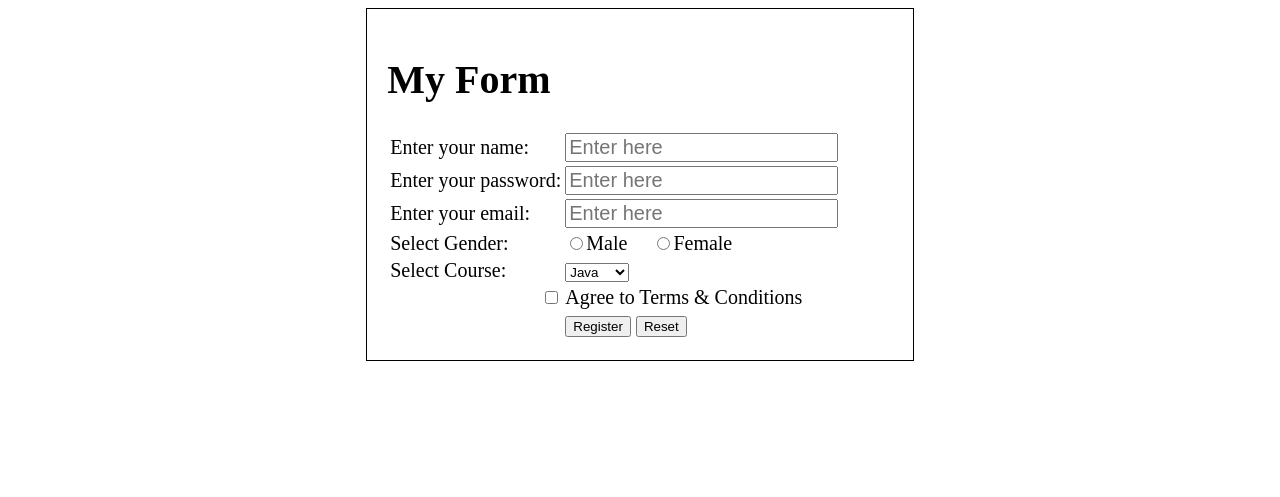
Repository: riddhiwho/Eclipse-Projects
Page: PracticeForm/src/main/webapp/index.html
The author's editor kept a copy of each file at every save. The page is drawn from the files as they stood at one save, then again after the next save.
The browser window is 1280 px wide. The pictures show the whole page.

Above is the page before, as saved 2021-06-03 10:26:26.

After the next save:
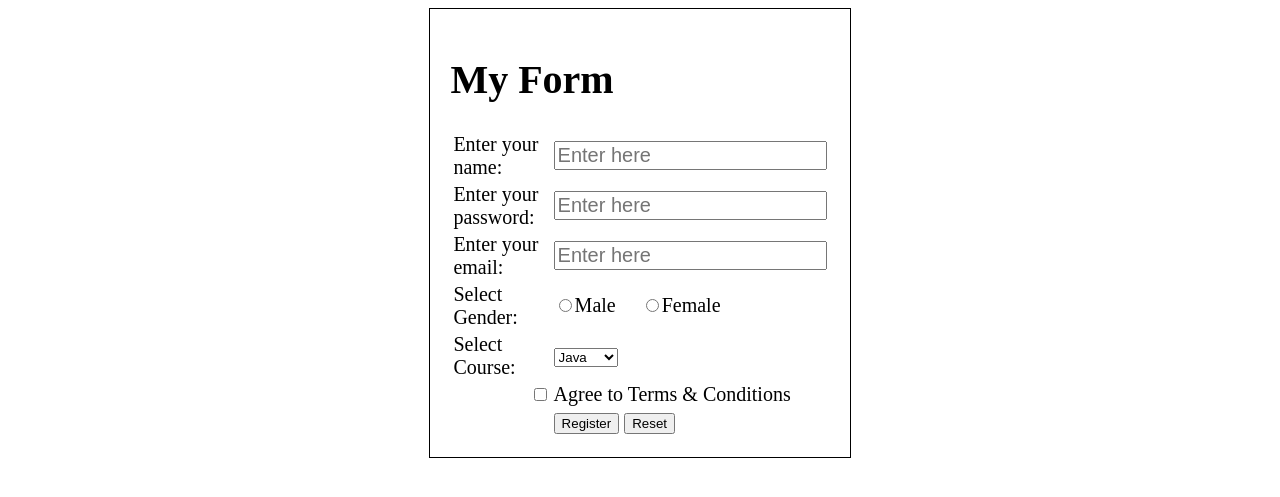
Saved 33 s later.
--- a/PracticeForm/src/main/webapp/index.html
+++ b/PracticeForm/src/main/webapp/index.html
@@ -5,7 +5,7 @@
 <title>Form Page</title>
 <style>
 	.container{
-		width: 40%;
+		width: 30%;
 		border: 1px solid black;
 		margin: auto;
 		padding: 20px;
